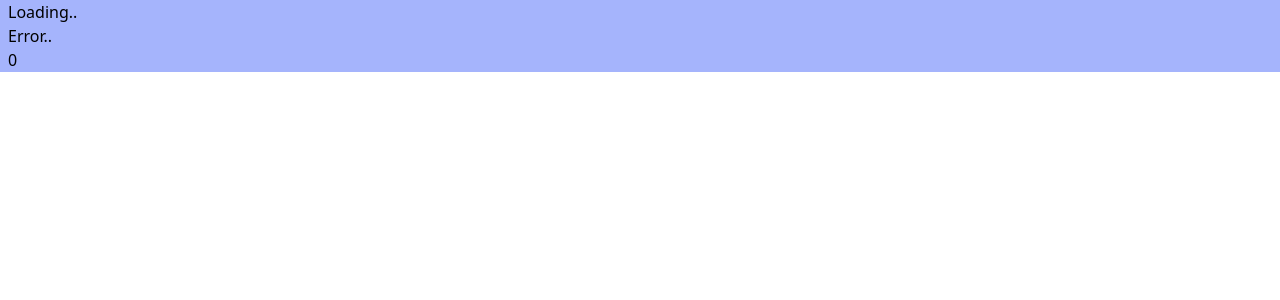
Repository: ShamroOoz/Github-job-api-React-Tailwind
Page: /
The author's editor kept a copy of each file at every save. The page is drawn from the files as they stood at one save, then again after the next save.
The browser window is 1280 px wide. The pictures show the whole page.
The page's requests for data from a server got no answer. The project was rebuilt for these pictures with package versions that can differ from the ones it lists, and the page was loaded fresh each time. No one was signed in, and anything a server would have sent is missing. Also part of the build but not shown: craco.config.js.

Above is the page before, as saved 2021-03-03 13:43:47.

After the next save:
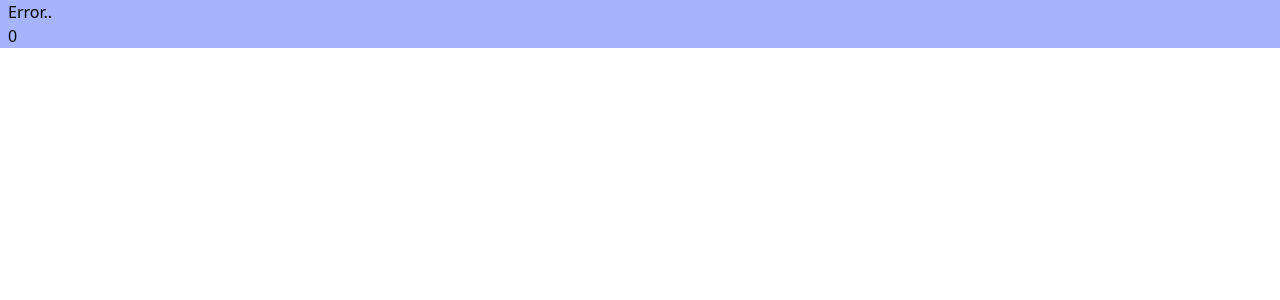
Saved 19 s later.
--- a/src/components/Hooks/Reduce.js
+++ b/src/components/Hooks/Reduce.js
@@ -15,7 +15,7 @@
         jobs: [...state.jobs, action.payload],
       };
     case ACTIONS.ERROR:
-      return { ...state, error: true, jobs: [] };
+      return { ...state, error: true, jobs: [], loading: false };
     default:
       return state;
   }

After the save that followed:
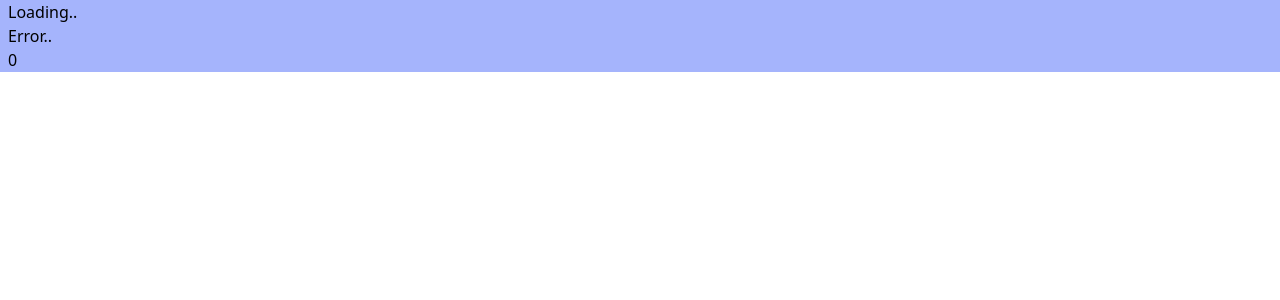
Saved 35 s later.
--- a/src/components/Hooks/Reduce.js
+++ b/src/components/Hooks/Reduce.js
@@ -7,7 +7,7 @@
 export const reducer = (state, action) => {
   switch (action.type) {
     case ACTIONS.MAKE_REQUEST:
-      return { ...state, loading: true, jobs: [] };
+      return { ...state, loading: true };
     case ACTIONS.GET_DATA:
       return {
         ...state,
@@ -15,7 +15,7 @@
         jobs: [...state.jobs, action.payload],
       };
     case ACTIONS.ERROR:
-      return { ...state, error: true, jobs: [], loading: false };
+      return { ...state, error: true };
     default:
       return state;
   }
